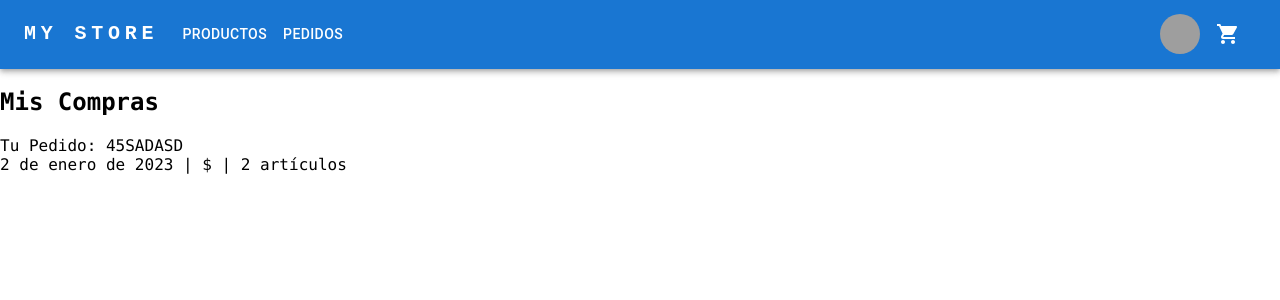
Repository: DanielBorussia/front-my-store
Page: /OrderList
An editor plug-in stored every save of this project. The page is shown before and after the next save, followed by the edit.
The browser window is 1280 px wide. The pictures show the whole page.
Pictures or frames that could not be fetched are drawn as grey boxes. The project was rebuilt for these pictures with package versions that can differ from the ones it lists, and the page was loaded fresh each time. Also part of the build but not shown: src/components/OrderItem.js, src/containers/MyOrderPreview.js, src/components/ProductItem.js, src/hooks/useGetProducts.js, src/shared/Loading.js, src/containers/ProductList.js, src/pages/Home.js.

Above is the page before, as saved 2023-07-01 16:30:14.

After the next save:
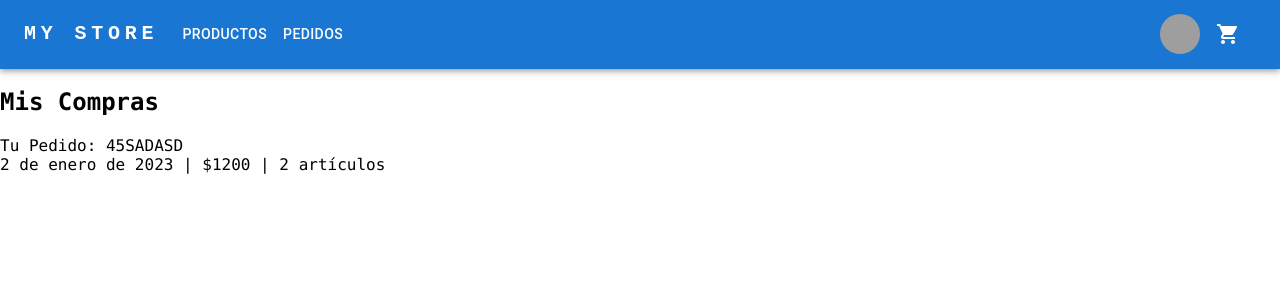
Saved 15 s later.
--- a/src/components/ShoppingItem.js
+++ b/src/components/ShoppingItem.js
@@ -7,7 +7,7 @@ const ShoppingItem = ({ order }) => {
             <Box className="shoppingItem__info">
                 <span>Tu Pedido: {order.code}</span>
                 <Box className="shoppingItem__info--details">
-                    2 de enero de 2023 | ${order.price} | {order.products.length } artículos
+                    2 de enero de 2023 | ${order.total} | {order.products.length } artículos
                 </Box>
             </Box>
         </section>
